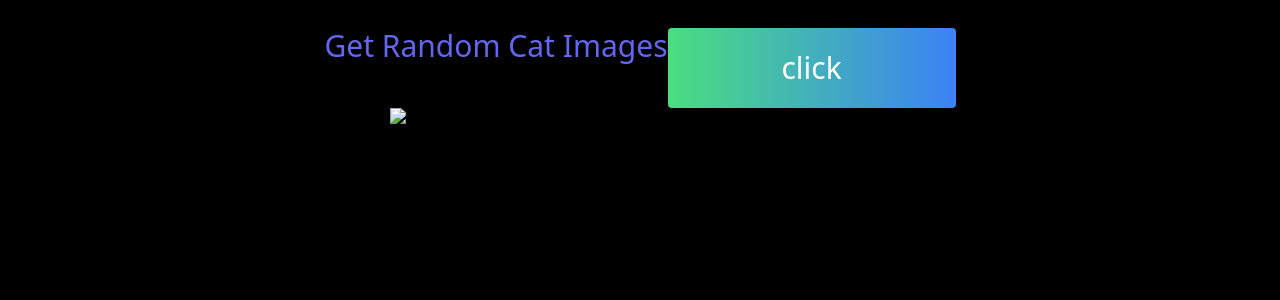
Repository: tentaciones/catMemeGenerator
Page: /
The author's editor kept a copy of each file at every save. The page is drawn from the files as they stood at one save, then again after the next save.
The browser window is 1280 px wide. The pictures show the whole page.
The page's requests for data from a server got no answer. Some web fonts or font styles are not loaded; a fallback is used. The project was rebuilt for these pictures with package versions that can differ from the ones it lists, and the page was loaded fresh each time. No one was signed in, and anything a server would have sent is missing. Also part of the build but not shown: src/components/Navbar.jsx, src/components/Header.jsx, src/components/Post.jsx, src/components/Sidebar.jsx, src/pages/home.jsx.

Above is the page before, as saved 2022-07-07 19:54:49.

After the next save:
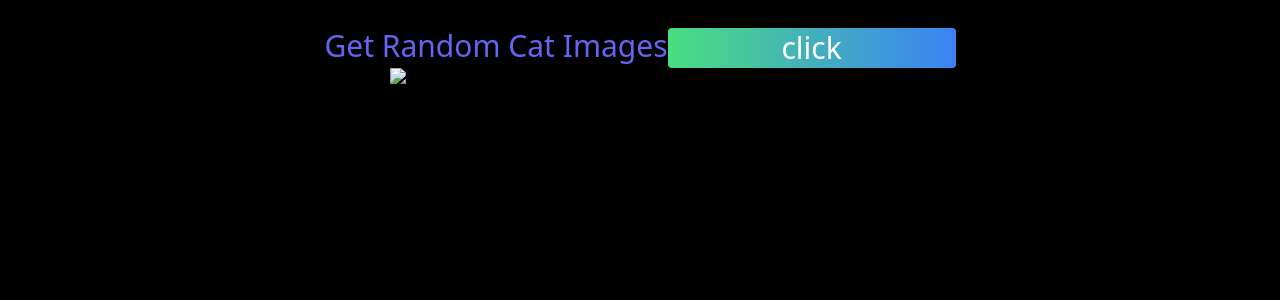
Saved 18 s later.
--- a/src/pages/Generator.jsx
+++ b/src/pages/Generator.jsx
@@ -27,7 +27,7 @@
         <div className="mt-7">Get Random Cat Images</div>
         <button
           onClick={getCat}
-          className="bg-gradient-to-r from-green-400 to-blue-500 hover:from-pink-500 hover:to-yellow-500 text-white w-72 h-20 rounded mt-7"
+          className="bg-gradient-to-r from-green-400 to-blue-500 hover:from-pink-500 hover:to-yellow-500 text-white w-72 h-10 rounded mt-7"
         >
           click
         </button>
